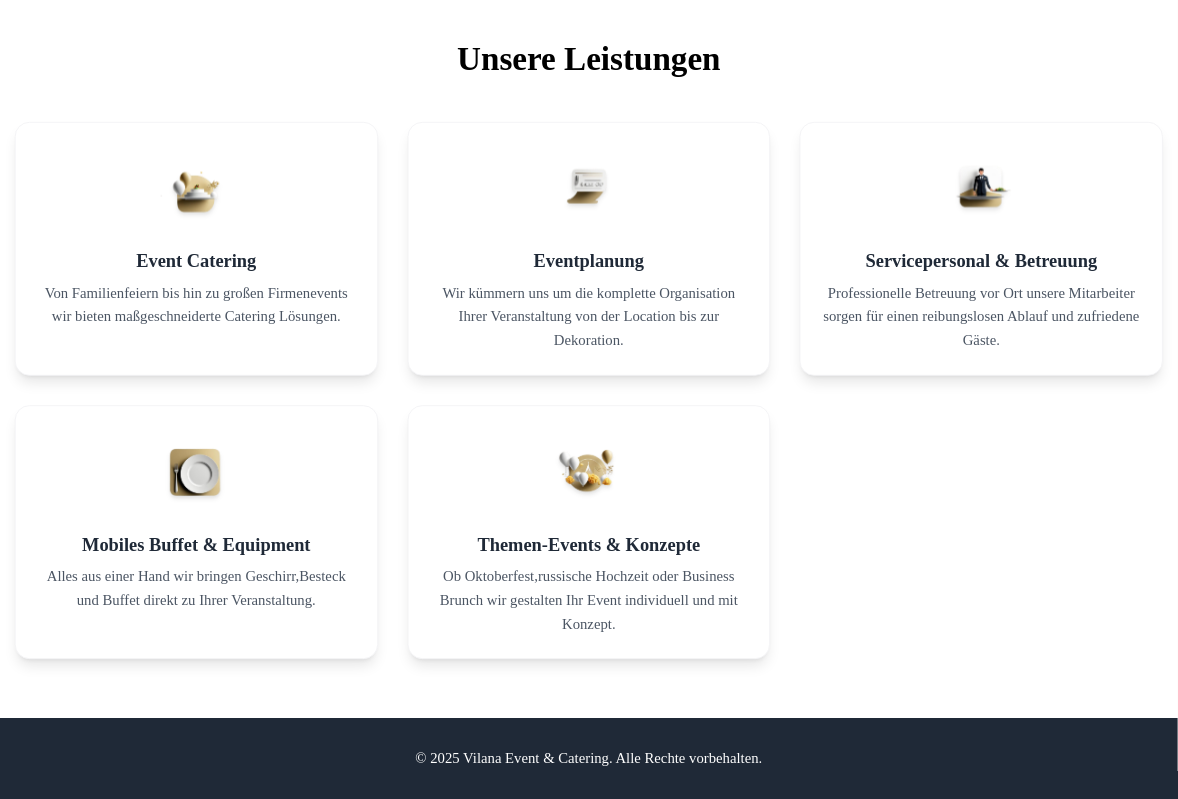
Repository: NikolajMalisch/vilana
Page: index.html
These files come from the project's save history. The page is drawn as it stood at one moment and after the next save; the edit follows.
The browser window is 1280 px wide. The pictures show the part of the page from y = 820 to 1911 px (the page is 1688 px tall before and 1911 px after), at 92% of full size.
A picture or video elsewhere on the page could not be fetched, so the positions and the page height are approximate. Some web fonts or font styles are not loaded; a fallback is used. Some web libraries are served in a nearby version.

Above is the page before, as saved 2025-08-01 08:39:21.

### index.html
<head>
    <meta charset="UTF-8" />
    <meta name="viewport" content="width=device-width, initial-scale=1.0" />
    <title>Vilana Event & Catering</title>

    <!-- Tailwind CSS -->
    <script src="https://cdn.tailwindcss.com"></script>

    <!-- Google Fonts -->
    <link href="https://fonts.googleapis.com/css2?family=Cinzel+Decorative&family=Cormorant+SC:wght@400;500;700&display=swap" rel="stylesheet" />

    <!-- Benutzerdefinierte Schriftarten anwenden -->
    <style>
    body {
        font-family: 'Cormorant SC', serif;
        background-color: #fdfaf6;
    }

    h1, h2, h3, p, span {
        font-family: 'Cormorant SC', serif;
    }

    .logo-container {
        display: flex;
        align-items: baseline;
        gap: 0.3rem;
        margin-top: 4px;
    }

    .logo-title {
        font-family: 'Cinzel Decorative', cursive;
        font-size: 1.8rem;
        font-weight: 500;
        letter-spacing: 0.5px;
        line-height: 1.1;
        margin-bottom: 2px;
      color: #1f2937; /* Tailwind gray-800 */
    }

    .logo-subtitle {
        font-family: 'Cormorant SC', serif;
        font-size: 1.2rem;
        font-weight: 400;
        letter-spacing: 0.2px;
        line-height: 1;
        margin-top: 0;
      color: #1f2937; /* Tailwind gray-800 */
    }

    .lang-de, .lang-ru {
        display: none;
    }

    .lang-active {
        display: block;
    }
    </style>
</head>


<body>

<!-- Header -->
    <header class="bg-white shadow-md">
    <div class="container mx-auto px-4 py-4 flex justify-between items-center">
    <div class="logo-container">
        <h1 class="logo-title">Vilana</h1>
        <span class="logo-subtitle">Event & Catering</span>
    </div>

    <!-- Navigation -->
    <div class="flex items-center">
        <nav class="hidden md:flex space-x-8 mr-8">
        <a href="#home" class="text-gray-800 hover:text-amber-800">Startseite</a>
        <a href="#services" class="text-gray-800 hover:text-amber-800">Leistungen</a>
        <a href="menu.html" class="text-gray-800 hover:text-amber-800">Menü</a>
        <a href="galerie.html" class="text-gray-800 hover:text-amber-800">Galerie</a>
        <a href="about.html" class="text-gray-800 hover:text-amber-800">Über uns</a>
        <a href="contact.html" class="text-gray-800 hover:text-amber-800">Kontakt</a>
        </nav>

        <!-- Language Switcher -->
        <div class="language-selector">
        <button onclick="setLanguage('de')" class="px-2 lang-active">🇩🇪</button>
        <button onclick="setLanguage('ru')" class="px-2">🇷🇺</button>
        </div>

        <!-- Mobile Menu Button -->
        <button onclick="toggleMobileMenu()" class="md:hidden text-gray-700 ml-4">
        <svg xmlns="http://www.w3.org/2000/svg" class="h-6 w-6" fill="none" viewBox="0 0 24 24" stroke="currentColor">
            <path stroke-linecap="round" stroke-linejoin="round" stroke-width="2" d="M4 6h16M4 12h16M4 18h16" />
        </svg>
        </button>
    </div>
    </div>

    <!-- Mobile Navigation -->
    <div id="mobile-menu" class="hidden md:hidden bg-white py-2 px-4 shadow-lg">
    <nav class="flex flex-col space-y-3">
        <a href="#home" class="text-gray-800 hover:text-amber-800">Startseite</a>
        <a href="#services" class="text-gray-800 hover:text-amber-800">Leistungen</a>
        <a href="menu.html" class="text-gray-800 hover:text-amber-800">Menü</a>
        <a href="galerie.html" class="text-gray-800 hover:text-amber-800">Galerie</a>
        <a href="about.html" class="text-gray-800 hover:text-amber-800">Über uns</a>
        <a href="contact.html" class="text-gray-800 hover:text-amber-800">Kontakt</a>
    </nav>
    </div>
</header>

<!-- Hero Section -->
<section id="home" class="bg-[#0e0e0e] text-white py-20 flex items-center justify-center text-center">
    <div class="container mx-auto px-4">
    <img src="images/vilana_logo.png" alt="Vilana Logo" class="h-60 sm:h-80 mx-auto drop-shadow-lg transition-transform duration-300 hover:scale-105">
    <p class="text-xl md:text-2xl mb-4 max-w-2xl mx-auto lang lang-de">Liebe zum Detail</p>
    <p class="text-xl md:text-2xl mb-4 max-w-2xl mx-auto lang lang-ru">Любовь к деталям</p>
    <p class="text-lg md:text-xl mb-8 max-w-2xl mx-auto lang lang-de">Erleben Sie Catering neu mit Liebe, Geschmack und Stil</p>
    <p class="text-lg md:text-xl mb-8 max-w-2xl mx-auto lang lang-ru">Откройте для себя кейтеринг заново – с любовью, вкусом и стилем</p>
    <a href="contact.html" class="bg-amber-600 hover:bg-amber-700 text-white font-bold py-3 px-8 rounded-full transition duration-300 inline-block lang lang-de">Kontaktieren Sie uns</a>
    <div class="mt-12 text-3xl animate-bounce text-white">↓</div>
    </div>
</section>

<!-- Leistungen -->
<section id="services" class="py-16 bg-white">
<div class="container mx-auto px-4">
    <h2 class="text-3xl md:text-4xl font-bold text-center mb-12 lang lang-de">Unsere Leistungen</h2>
    <h2 class="text-3xl md:text-4xl font-bold text-center mb-12 lang lang-ru">Наши услуги</h2>

    <div class="grid grid-cols-1 md:grid-cols-2 lg:grid-cols-3 gap-8">

    <!-- Event Catering -->
    <div class="bg-white rounded-2xl p-6 shadow-lg hover:shadow-2xl transition-shadow duration-300 border border-gray-100">
        <img src="images/Без названия (500 x 500 пикс.) new/Catering.png" alt="Event Catering" class="w-25 h-24 mb-4 mx-auto drop-shadow-md">
        <h3 class="text-xl font-semibold text-center text-gray-800 mb-2 lang lang-de">Event Catering</h3>
        <h3 class="text-xl font-semibold text-center text-gray-800 mb-2 lang lang-ru">Кейтеринг</h3>
        <p class="text-gray-600 text-center leading-relaxed lang lang-de">Von Familienfeiern bis hin zu großen Firmenevents wir bieten maßgeschneiderte Catering Lösungen.</p>
        <p class="text-gray-600 text-center leading-relaxed lang lang-ru">От семейных праздников до крупных корпоративов мы предлагаем кейтеринг решения под ключ.</p>
    </div>

    <!-- Eventplanung -->
    <div class="bg-white rounded-2xl p-6 shadow-lg hover:shadow-2xl transition-shadow duration-300 border border-gray-100">
        <img src="images/Без названия (500 x 500 пикс.) new/Eventplanung.png" alt="Eventplanung" class="w-24 h-24 mb-4 mx-auto drop-shadow-md">
        <h3 class="text-xl font-semibold text-center text-gray-800 mb-2 lang lang-de">Eventplanung</h3>
        <h3 class="text-xl font-semibold text-center text-gray-800 mb-2 lang lang-ru">Планирование мероприятий</h3>
        <p class="text-gray-600 text-center leading-relaxed lang lang-de">Wir kümmern uns um die komplette Organisation Ihrer Veranstaltung von der Location bis zur Dekoration.</p>
        <p class="text-gray-600 text-center leading-relaxed lang lang-ru">Мы берём на себя всю организацию вашего мероприятия от выбора площадки до оформления зала.</p>
    </div>

    <!-- Servicepersonal -->
    <div class="bg-white rounded-2xl p-6 shadow-lg hover:shadow-2xl transition-shadow duration-300 border border-gray-100">
        <img src="images/Без названия (500 x 500 пикс.) new/Service.png" alt="Servicepersonal" class="w-24 h-24 mb-4 mx-auto drop-shadow-md">
        <h3 class="text-xl font-semibold text-center text-gray-800 mb-2 lang lang-de">Servicepersonal & Betreuung</h3>
        <h3 class="text-xl font-semibold text-center text-gray-800 mb-2 lang lang-ru">Персонал и сопровождение</h3>
        <p class="text-gray-600 text-center leading-relaxed lang lang-de">Professionelle Betreuung vor Ort unsere Mitarbeiter sorgen für einen reibungslosen Ablauf und zufriedene Gäste.</p>
        <p class="text-gray-600 text-center leading-relaxed lang lang-ru">Профессиональное сопровождение наши сотрудники обеспечат безупречное проведение мероприятия.</p>
    </div>

    <!-- Mobiles Buffet -->
    <div class="bg-white rounded-2xl p-6 shadow-lg hover:shadow-2xl transition-shadow duration-300 border border-gray-100">
        <img src="images/Без названия (500 x 500 пикс.) new/Besteck.png" alt="Mobiles Buffet" class="w-24 h-24 mb-4 mx-auto drop-shadow-md">
        <h3 class="text-xl font-semibold text-center text-gray-800 mb-2 lang lang-de">Mobiles Buffet & Equipment</h3>
        <h3 class="text-xl font-semibold text-center text-gray-800 mb-2 lang lang-ru">Мобильный буфет и оборудование</h3>
        <p class="text-gray-600 text-center leading-relaxed lang lang-de">Alles aus einer Hand wir bringen Geschirr,Besteck und Buffet direkt zu Ihrer Veranstaltung.</p>
        <p class="text-gray-600 text-center leading-relaxed lang lang-ru">Всё под ключ мы привозим посуду,приборы и буфет прямо на место проведения.</p>
    </div>

    <!-- Themen-Events -->
    <div class="bg-white rounded-2xl p-6 shadow-lg hover:shadow-2xl transition-shadow duration-300 border border-gray-100">
        <img src="images/Без названия (500 x 500 пикс.) new/Themen.png" alt="Themen Events" class="w-24 h-24 mb-4 mx-auto drop-shadow-md">
        <h3 class="text-xl font-semibold text-center text-gray-800 mb-2 lang lang-de">Themen-Events & Konzepte</h3>
        <h3 class="text-xl font-semibold text-center text-gray-800 mb-2 lang lang-ru">Тематические мероприятия</h3>
        <p class="text-gray-600 text-center leading-relaxed lang lang-de">Ob Oktoberfest,russische Hochzeit oder Business Brunch wir gestalten Ihr Event individuell und mit Konzept.</p>
        <p class="text-gray-600 text-center leading-relaxed lang lang-ru">Октоберфест,русская свадьба или деловой бранч мы оформим ваше мероприятие с уникальной концепцией.</p>
    </div>

    </div>
</div>
</section>


<!-- Footer -->
<footer class="bg-gray-800 text-white py-8">
    <div class="container mx-auto px-4 text-center">
    <p>&copy; 2025 Vilana Event & Catering. Alle Rechte vorbehalten.</p>
    </div>
</footer>

<!-- Language Switch & Mobile Menu -->
<script>
function setLanguage(lang) {
    document.querySelectorAll('.lang').forEach(el => el.classList.remove('lang-active'));
    document.querySelectorAll('.lang-' + lang).forEach(el => el.classList.add('lang-active'));
}

    function toggleMobileMenu() {
    const menu = document.getElementById("mobile-menu");
    menu.classList.toggle("hidden");
    }

  // Default language
    setLanguage('de');
</script>

</body>
</html>

After the next save:
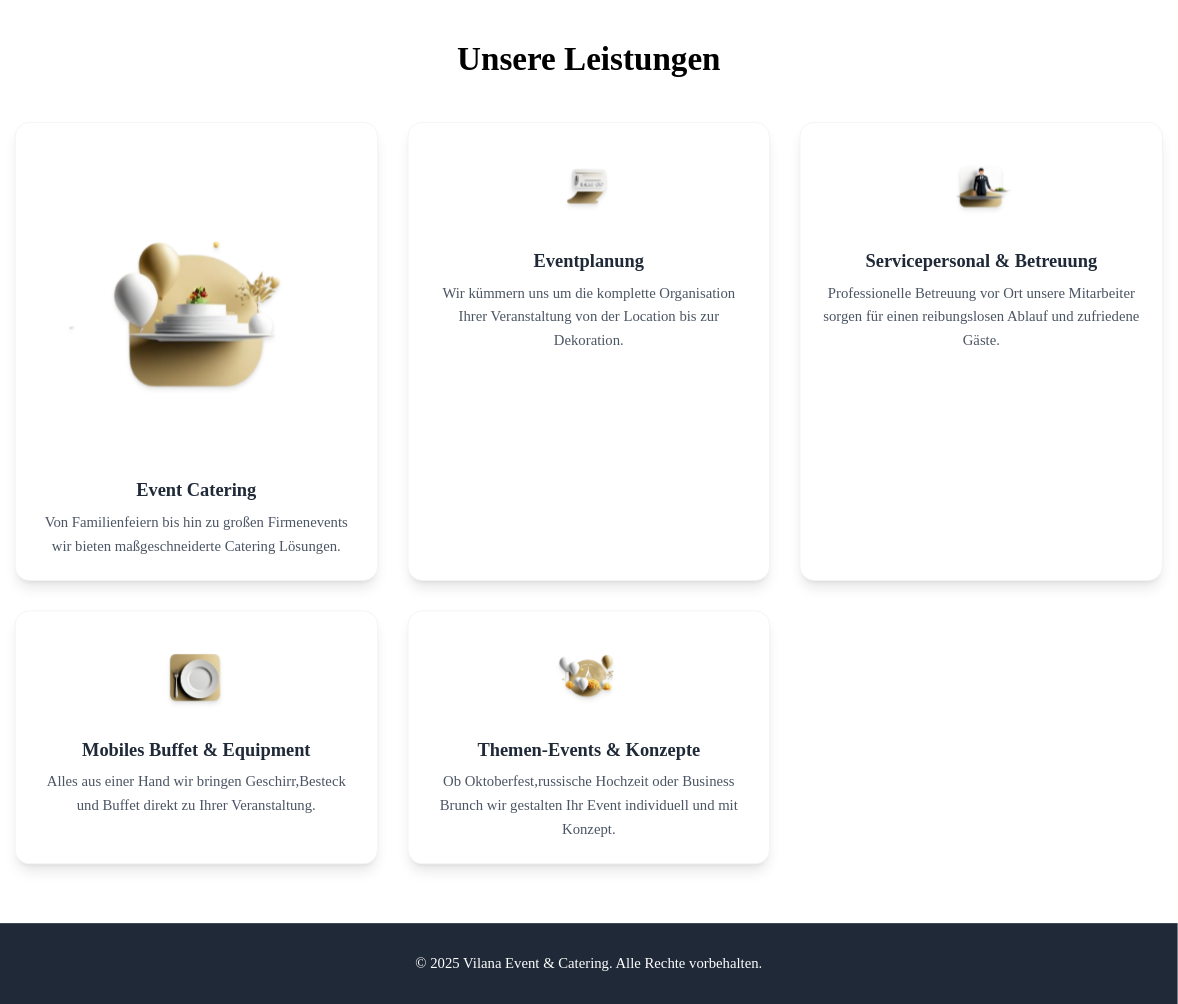
Saved 7 s later.
--- a/index.html
+++ b/index.html
@@ -130,7 +130,7 @@
 
     <!-- Event Catering -->
     <div class="bg-white rounded-2xl p-6 shadow-lg hover:shadow-2xl transition-shadow duration-300 border border-gray-100">
-        <img src="images/Без названия (500 x 500 пикс.) new/Catering.png" alt="Event Catering" class="w-25 h-24 mb-4 mx-auto drop-shadow-md">
+        <img src="images/Без названия (500 x 500 пикс.) new/Catering.png" alt="Event Catering" class="w-25 h-25 mb-4 mx-auto drop-shadow-md">
         <h3 class="text-xl font-semibold text-center text-gray-800 mb-2 lang lang-de">Event Catering</h3>
         <h3 class="text-xl font-semibold text-center text-gray-800 mb-2 lang lang-ru">Кейтеринг</h3>
         <p class="text-gray-600 text-center leading-relaxed lang lang-de">Von Familienfeiern bis hin zu großen Firmenevents wir bieten maßgeschneiderte Catering Lösungen.</p>
